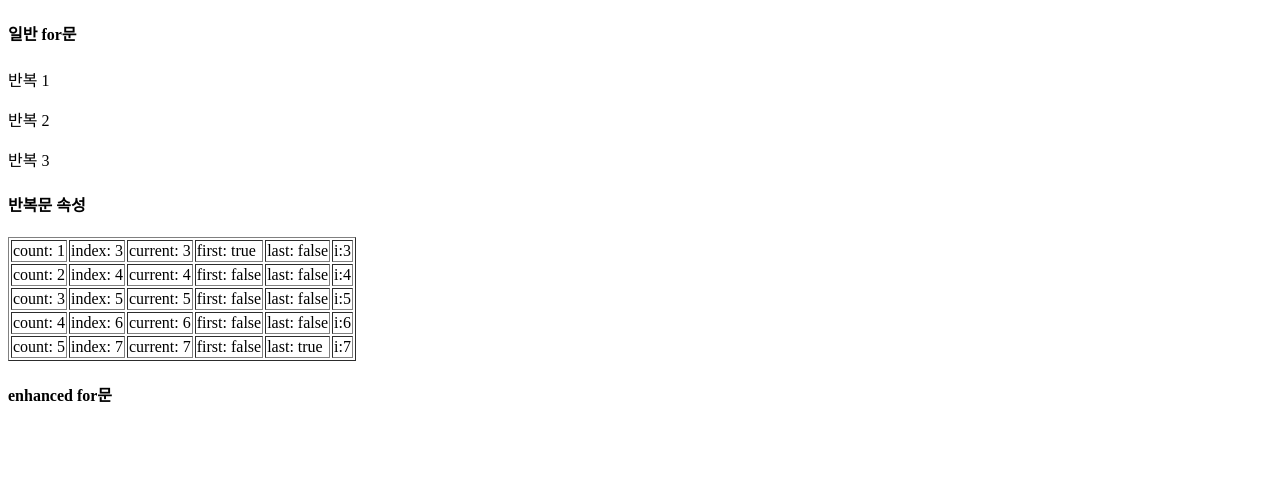
Repository: parkho96/testnum2
Page: http://localhost/jspstudy/11JSTL/ForEach.jsp
The author's editor kept a copy of each file at every save. The page is drawn from the files as they stood at one save, then again after the next save.
The browser window is 1280 px wide. The pictures show the whole page.
The page is served by Tomcat 9.

Above is the page before, as saved 2023-04-10 03:57:37.

After the next save:
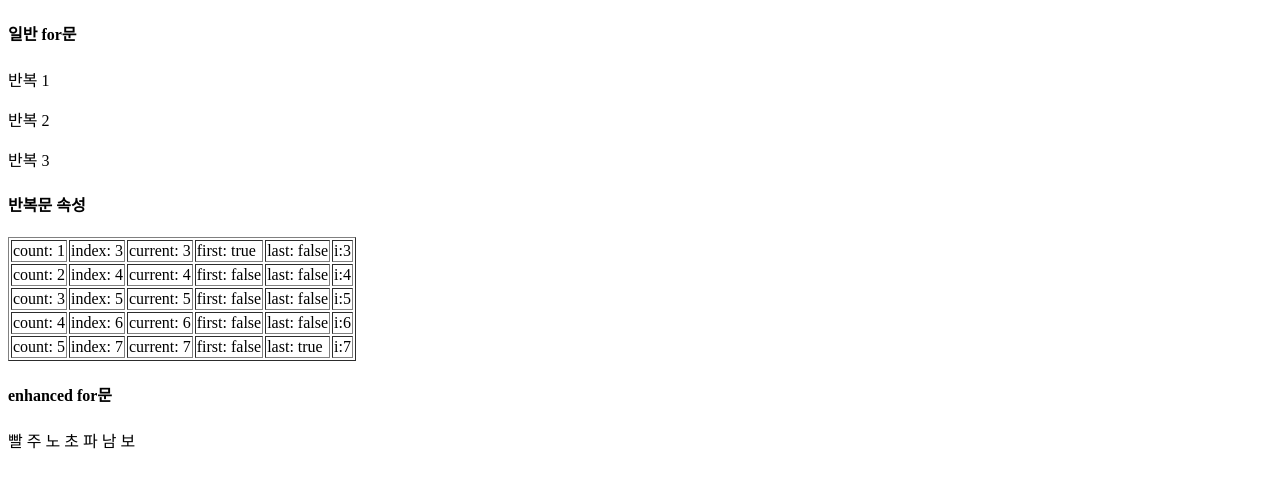
Saved 14 s later.
--- a/workjsp/jspstudy/src/main/webapp/11JSTL/ForEach.jsp
+++ b/workjsp/jspstudy/src/main/webapp/11JSTL/ForEach.jsp
@@ -46,7 +46,7 @@
 		String[] rainbow={"빨","주","노","초","파","남","보"};
 	%>
 	<c:forEach items="<%=rainbow%>" var="color">
-
+		<span>${color}</span>
 	</c:forEach>
 
 
